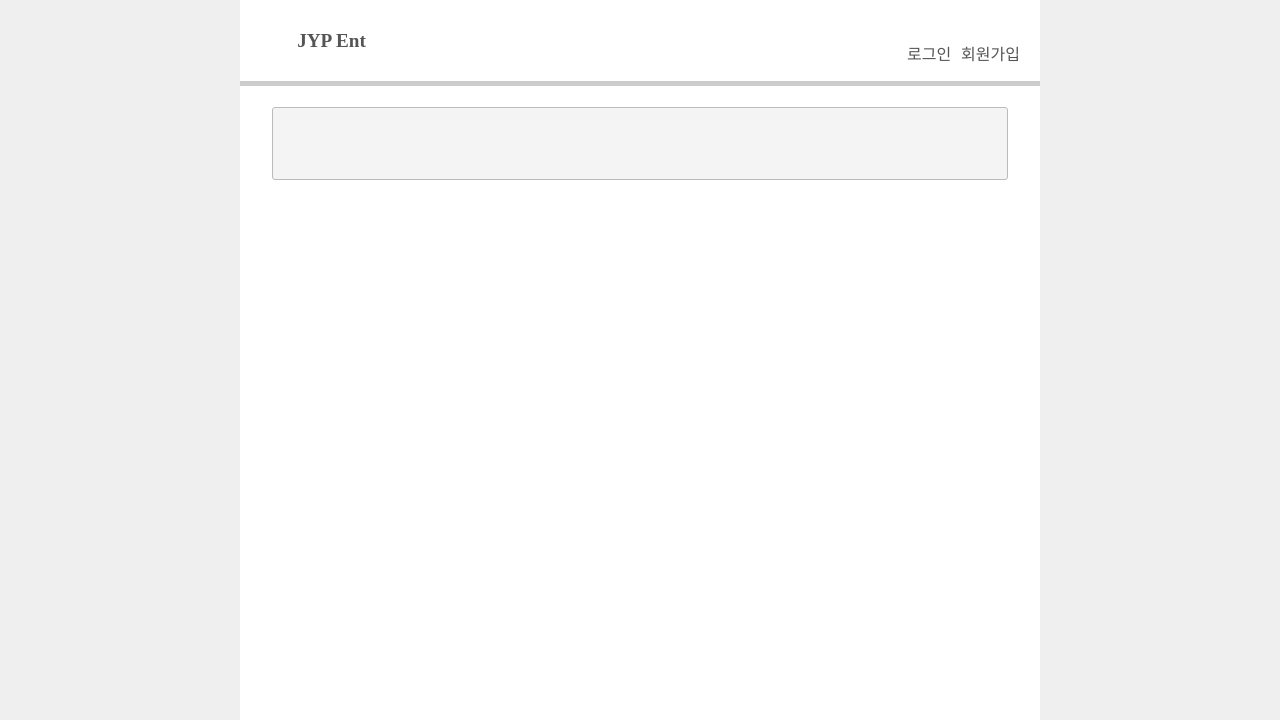
Repository: junyong231/JSP-SSIT
Page: http://localhost/jspPro/days01/ex03.jsp
An editor plug-in stored every save of this project. The page is shown before and after the next save, followed by the edit.
The browser window is 1280 px wide. The pictures show the whole page.
Some web fonts or font styles are not loaded; a fallback is used. The page is served by Tomcat 9. Nobody is signed in. The application's start-up code is not run.

Above is the page before, as saved 2024-10-15 05:28:32.

After the next save:
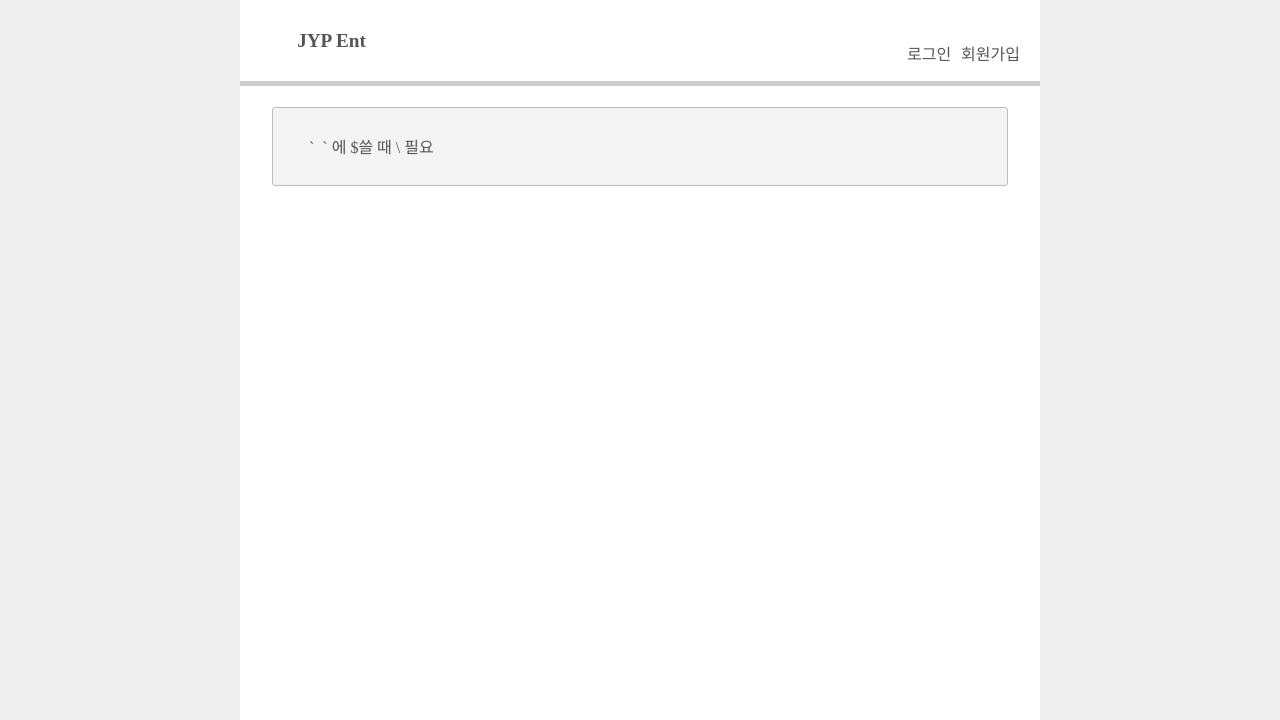
Saved 5 min 59 s later.
--- a/jspPro/src/main/webapp/days01/ex03.jsp
+++ b/jspPro/src/main/webapp/days01/ex03.jsp
@@ -26,8 +26,9 @@
 </header>
 <div>
   <xmp class="code">
-
+     `  ` 에 $쓸 때 \ 필요
   </xmp>
+  <p id="demo"></p>
 </div>
 </body>
 </html>
